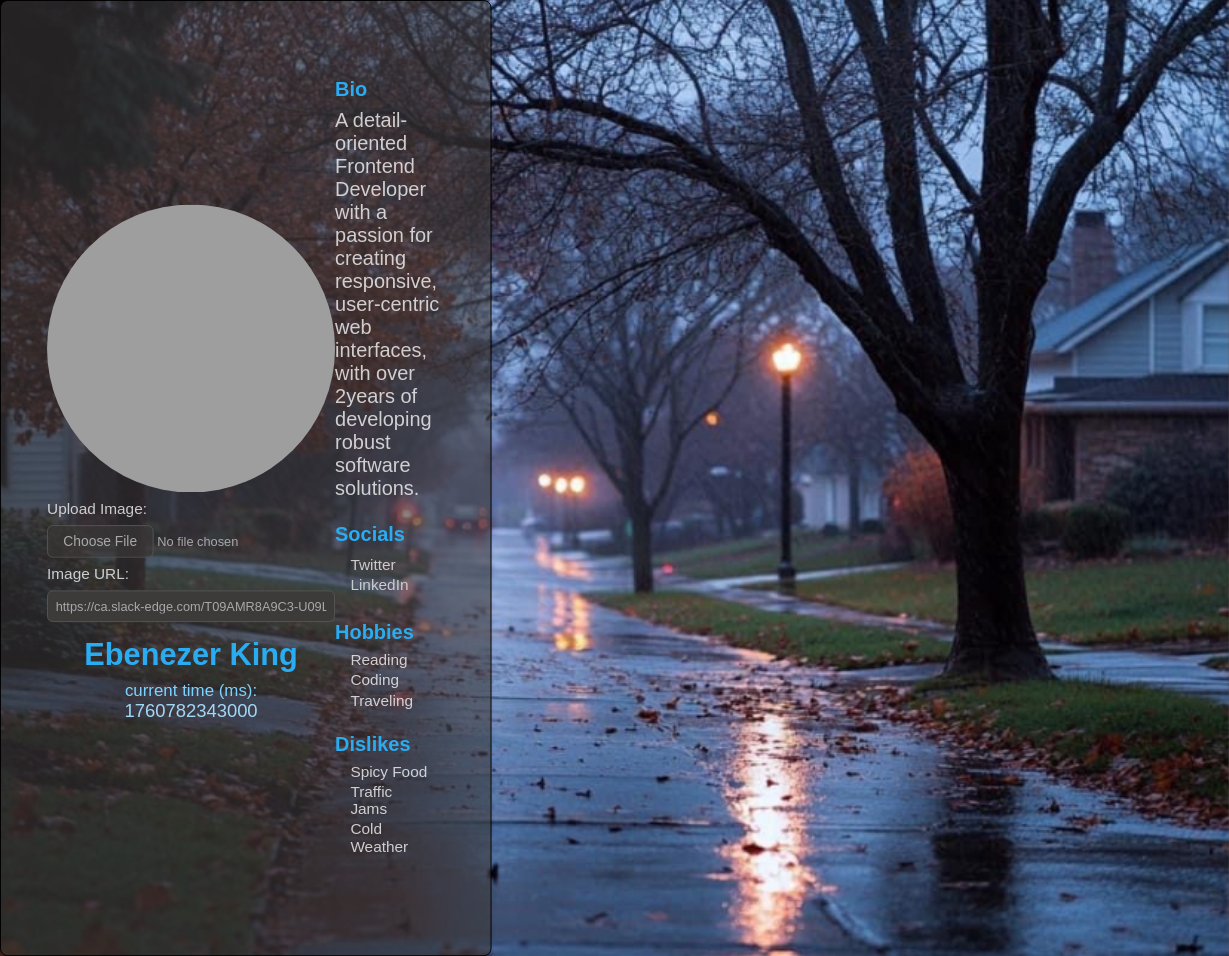
Repository: ebenezertiewei/profileCard
Page: index.html
These files come from the project's save history. The page is drawn as it stood at one moment and after a run of saves; the edit follows.
The browser window is 1280 px wide. The pictures show the whole page, at 96% of full size.
Pictures or frames that could not be fetched are drawn as grey boxes.

Above is the page before, as saved 2025-10-18 10:50:31.

After the next 3 saves:
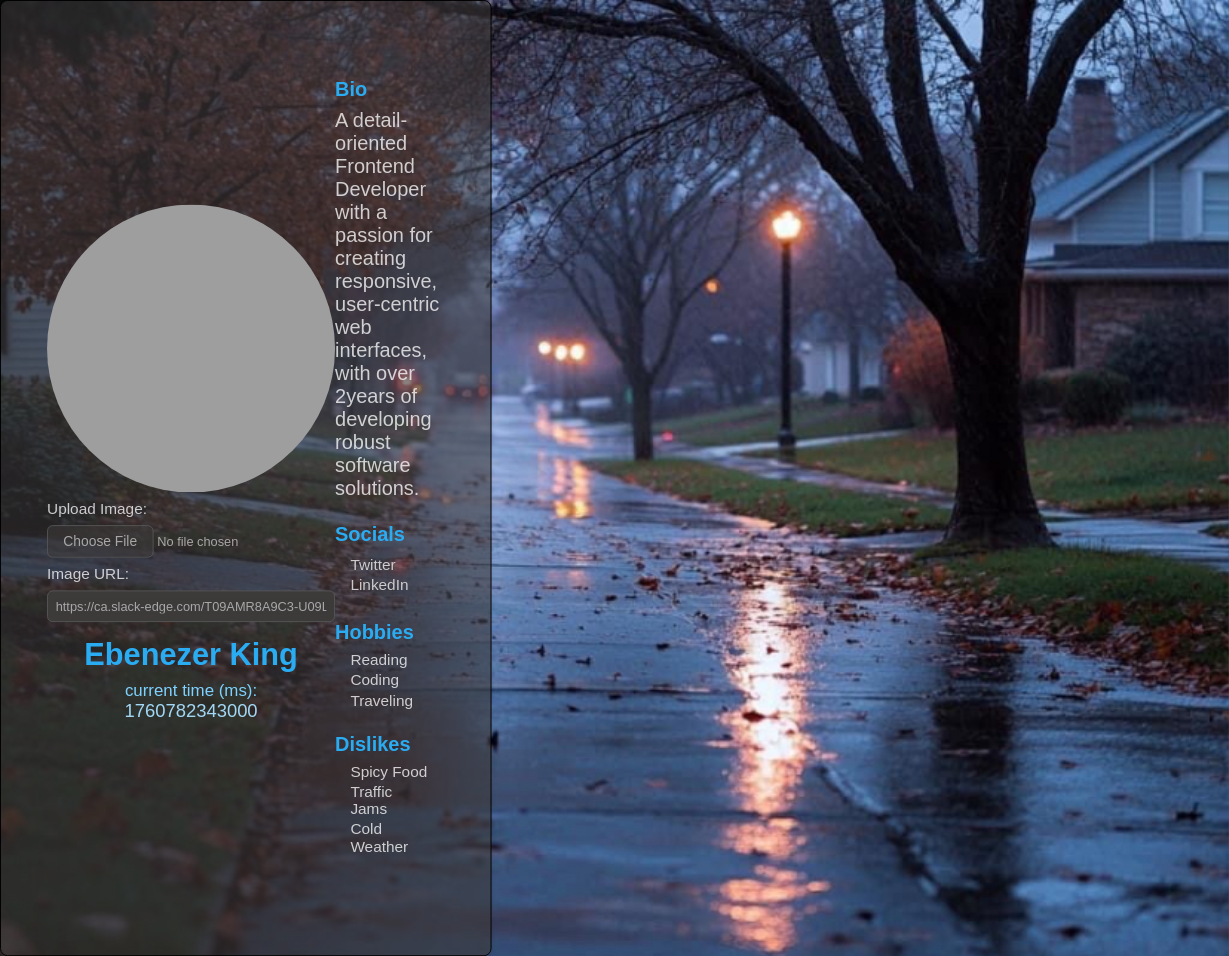
The 3 saves are shown as one change because they came seconds apart.
The last was saved 8 s later.
--- a/style.css
+++ b/style.css
@@ -204,7 +204,7 @@ article[data-testid="test-profile-card"] {
 /* ------------------- tablet ------------------- */
 @media (min-width: 768px) {
 	html {
-
+		height: 100dvh;
 	}
 	article[data-testid="test-profile-card"] {
 		display: flex;
